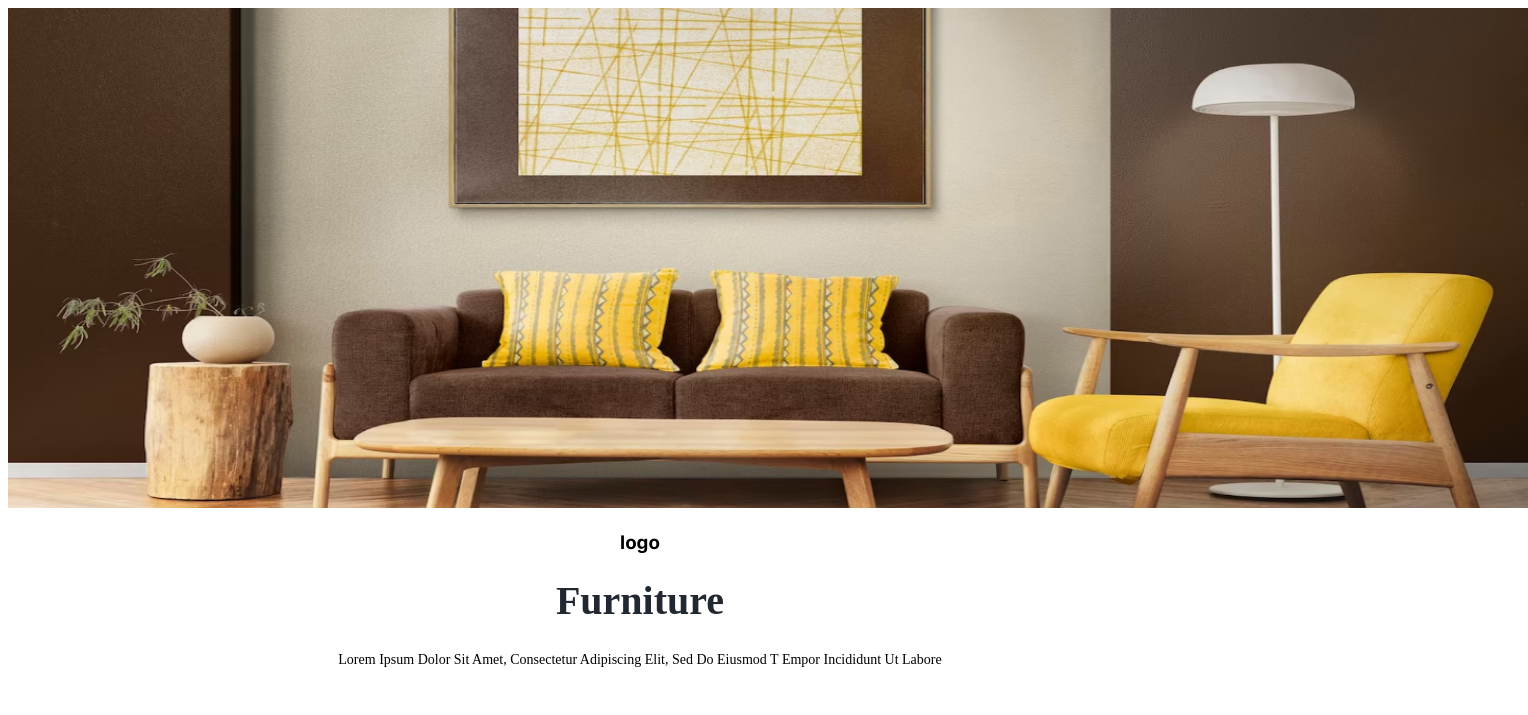
Repository: nikita120402/next13-deploy
Page: /
An editor plug-in stored every save of this project. The page is shown before and after the next save, followed by the edit.
The browser window is 1280 px wide. The page is 1528 px wide, so the pictures cover 1528 px, including what lies to the right of the window. The pictures show the whole page.
The project was rebuilt for these pictures with package versions that can differ from the ones it lists, and the page was loaded fresh each time. The framework's server and built-in components were replaced by stand-ins that run in the browser. Also part of the build but not shown: next.config.js.

Above is the page before, as saved 2023-08-02 10:48:07.

After the next save:
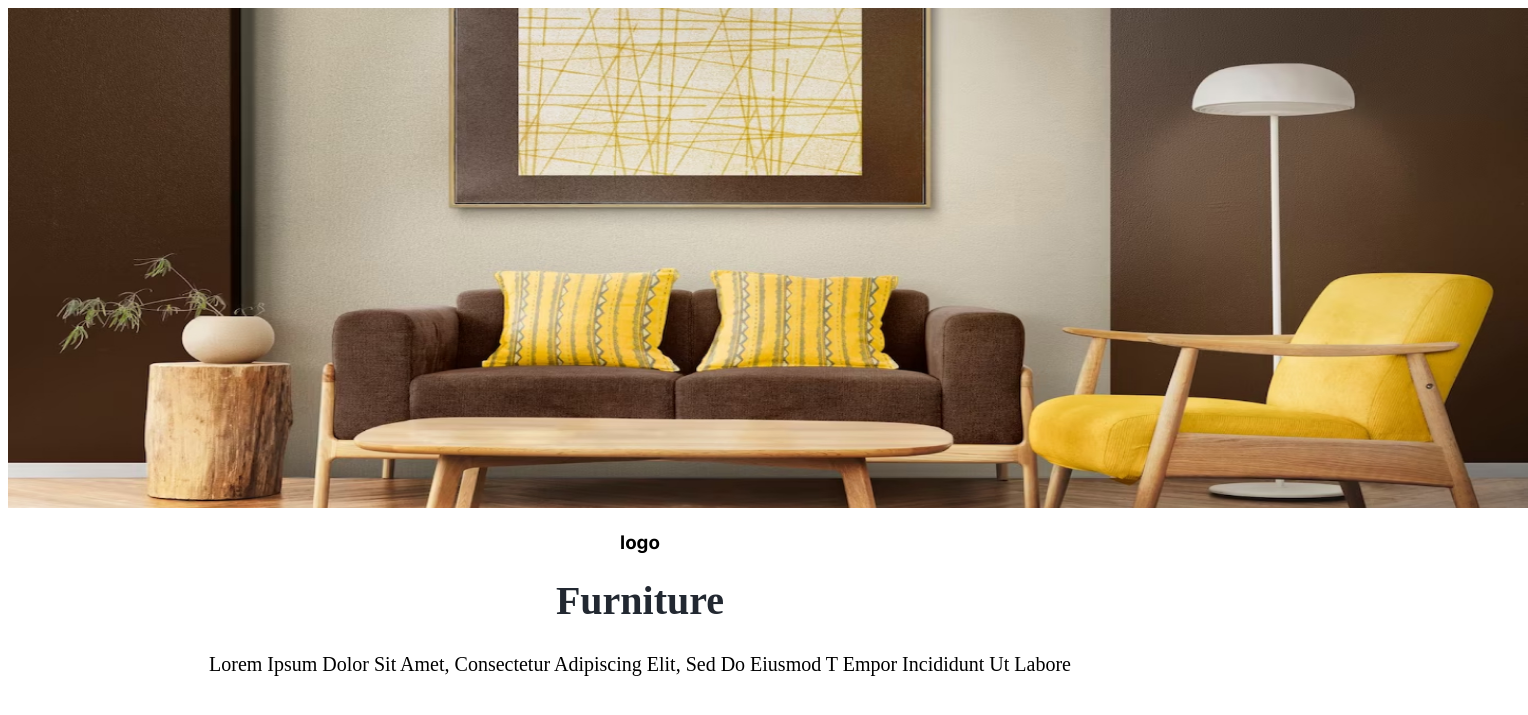
Saved 59 s later.
--- a/src/app/globals.css
+++ b/src/app/globals.css
@@ -16,7 +16,7 @@ p{
       color: #000;
 text-align: center;
 font-family: Poppins;
-font-size: 14px;
+font-size: 20px;
 font-style: normal;
 font-weight: 400;
 line-height: 120%; /* 24px */
